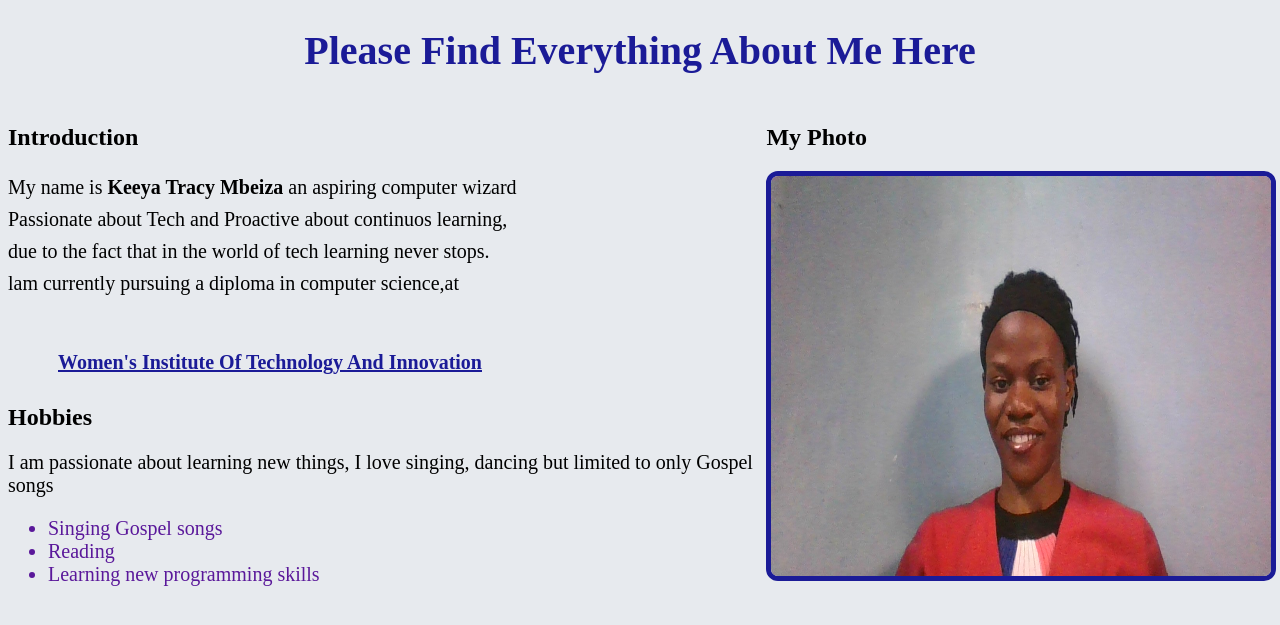
Repository: tracykeeya/my_first_web
Page: index.html
The author's editor kept a copy of each file at every save. The page is drawn from the files as they stood at one save, then again after the next save.
The browser window is 1280 px wide. The pictures show the whole page.

Above is the page before, as saved 2025-11-03 12:27:02.

### index.html
<!DOCTYPE html>
<html lang="en">
<head>
    <meta charset="UTF-8">
    <meta name="viewport" content="width=device-width, initial-scale=1.0">
    <title>My First Web Page</title>
</head>
<body style="background-color: rgb(231, 234, 238)" font-family="Arial, Helvetica, sans-serif" margin: 40px; color: #333;>

    <!-- my first heading -->
    <h1 style="text-align: center; color: rgb(27, 27, 151); font-size: 40px; margin-bottom: 30px;">Please Find Everything About Me Here</h1>

    <!-- putting the text and the image in one section -->
    <div style="display: flex; align-items: flex-start; justify-content: space-between;">
        <!-- aligning the text to the left -->
        <div style="width: 60%;">
    <h2 style="color: black;">Introduction</h2>

    <p style="font-size: 20px; line-height: 1.6;">My name is<strong> Keeya Tracy Mbeiza</strong> an aspiring computer wizard<br>Passionate about Tech and Proactive about continuos learning,<br> due to the fact that in the world of tech learning never stops.<br> lam currently pursuing a diploma in computer science,at<br>
        </br></p>
    <a href="https://www.witi.ac.ug/" target="_blank" style="position: relative; left: 50px; color: rgb(27, 27, 151); font-size: 20px; font-weight: bold;"><b> Women's Institute Of Technology And Innovation</b></a>

    <h2 style="color: black; margin-top: 30px;">Hobbies</h2>
    <p style="font-size: 20px;">I am passionate about learning new things,
    I love singing, dancing but limited to only Gospel songs</p>
    <ul style="font-size: 20px; color: rgb(90, 24, 154);">
        <li>Singing Gospel songs</li>
        <li>Reading </li>
        <li>Learning new programming skills</li>
    </ul>
        </div>

<!-- aligning image to the right -->
    <div style="width: 40%;">
        <h2 style="color: black;">My Photo</h2>
    <img src="/Tracy.jpg " alt="" width="500px" height="400px" style="border: 5px solid rgb(27, 27, 151); border-radius: 12px;">
    </div>
   </div>
</body>
</html>

After the next save:
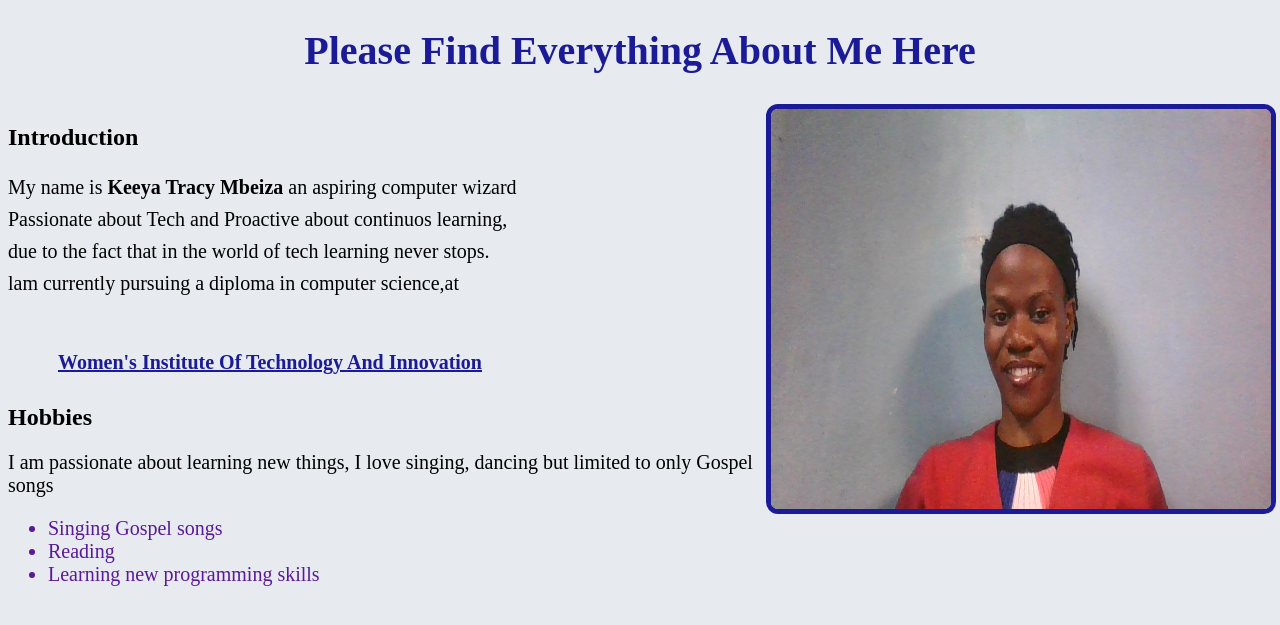
Saved 44 s later.
--- a/index.html
+++ b/index.html
@@ -32,7 +32,6 @@
 
 <!-- aligning image to the right -->
     <div style="width: 40%;">
-        <h2 style="color: black;">My Photo</h2>
     <img src="/Tracy.jpg " alt="" width="500px" height="400px" style="border: 5px solid rgb(27, 27, 151); border-radius: 12px;">
     </div>
    </div>
